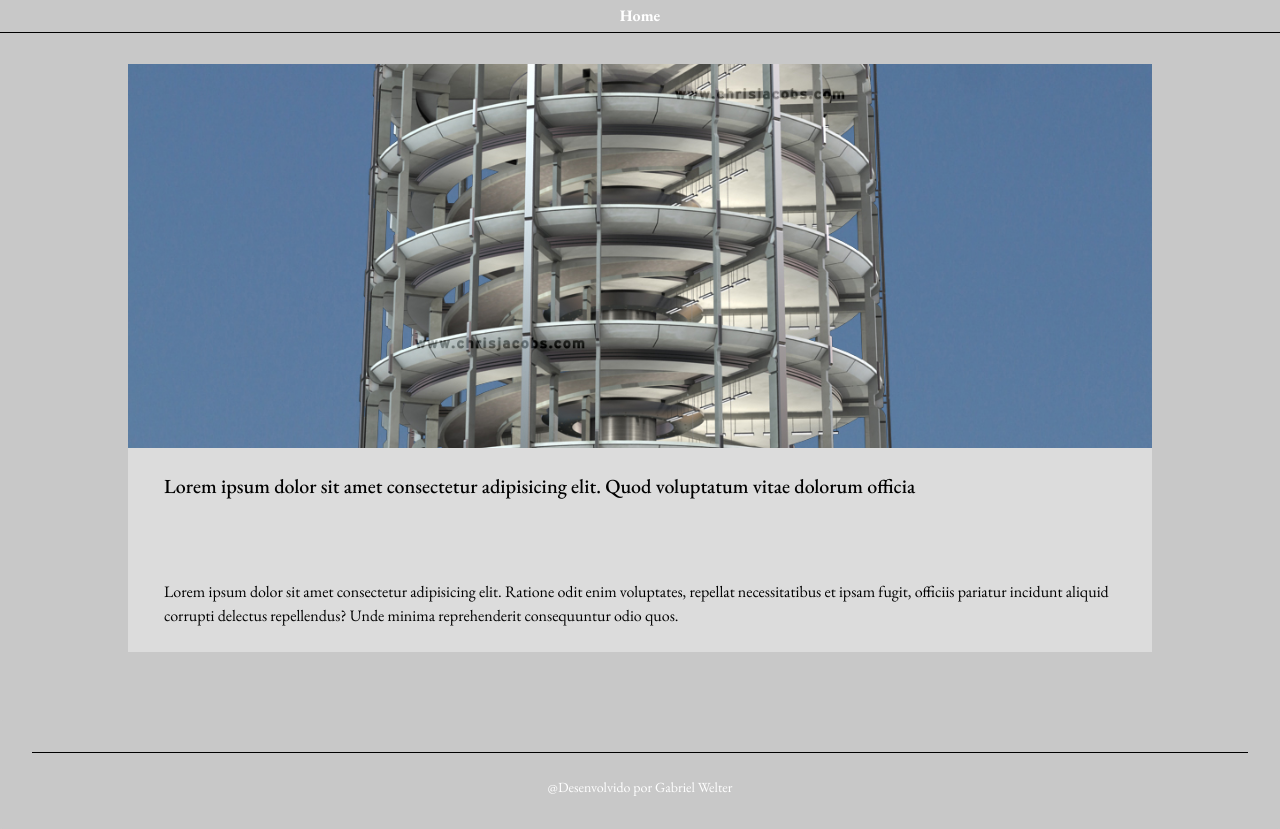
Repository: weltergab/Your-News-2-prismic-cms
Page: /noticiafull
An editor plug-in stored every save of this project. The page is shown before and after the next save, followed by the edit.
The browser window is 1280 px wide. The pictures show the whole page.
The project was rebuilt for these pictures with package versions that can differ from the ones it lists, and the page was loaded fresh each time. The framework's server and built-in components were replaced by stand-ins that run in the browser. Also part of the build but not shown: next.config.js.

Above is the page before, as saved 2023-04-30 20:39:06.

After the next save:
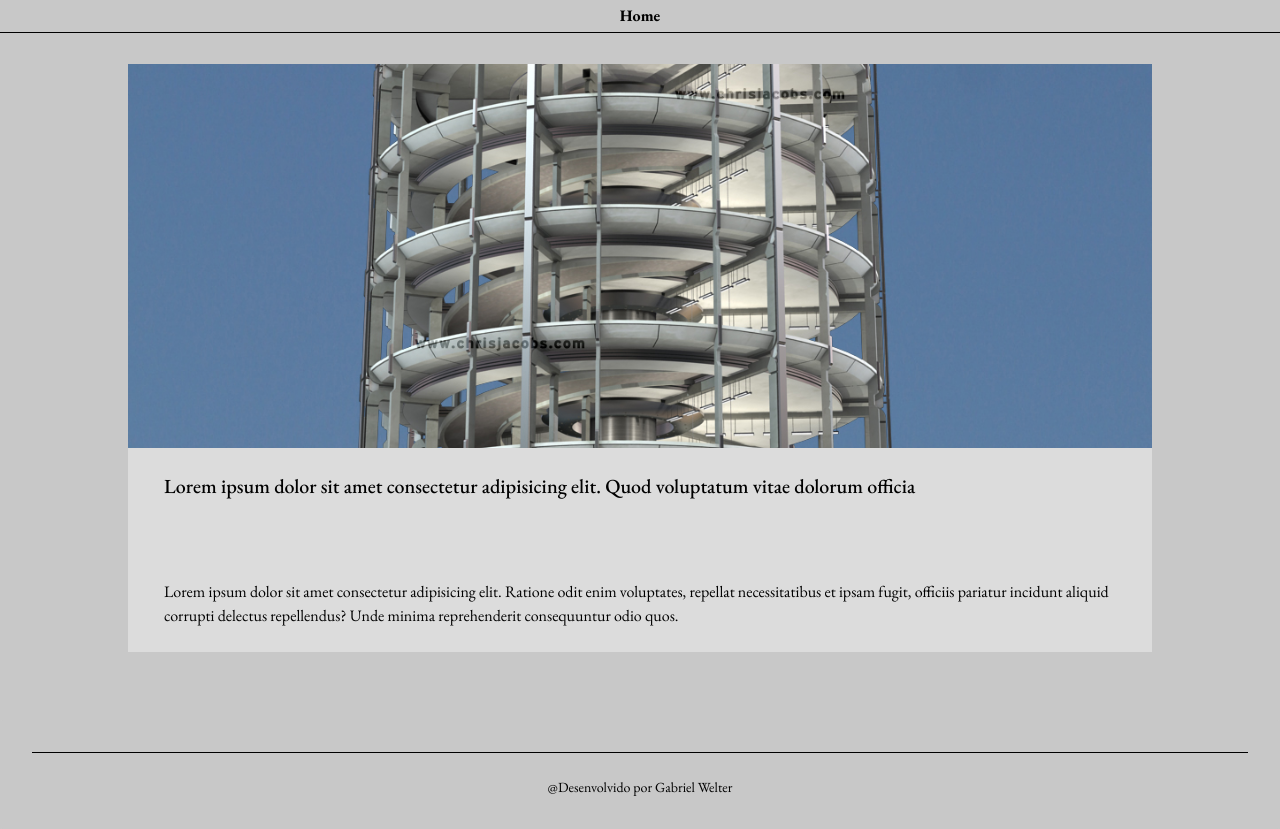
Saved 19 s later.
--- a/tailwind.config.js
+++ b/tailwind.config.js
@@ -85,7 +85,7 @@
           'del': '#7A1E1E',
           'title': '#000000',
           'confirm': '#FFA400',
-          'text': '#FFFFFF',
+          'text': '#000000',
           'text2': '#000000',
           'div': '#A8A8A8', //#A8A8A8
           'footer': '#C8C8C8',
